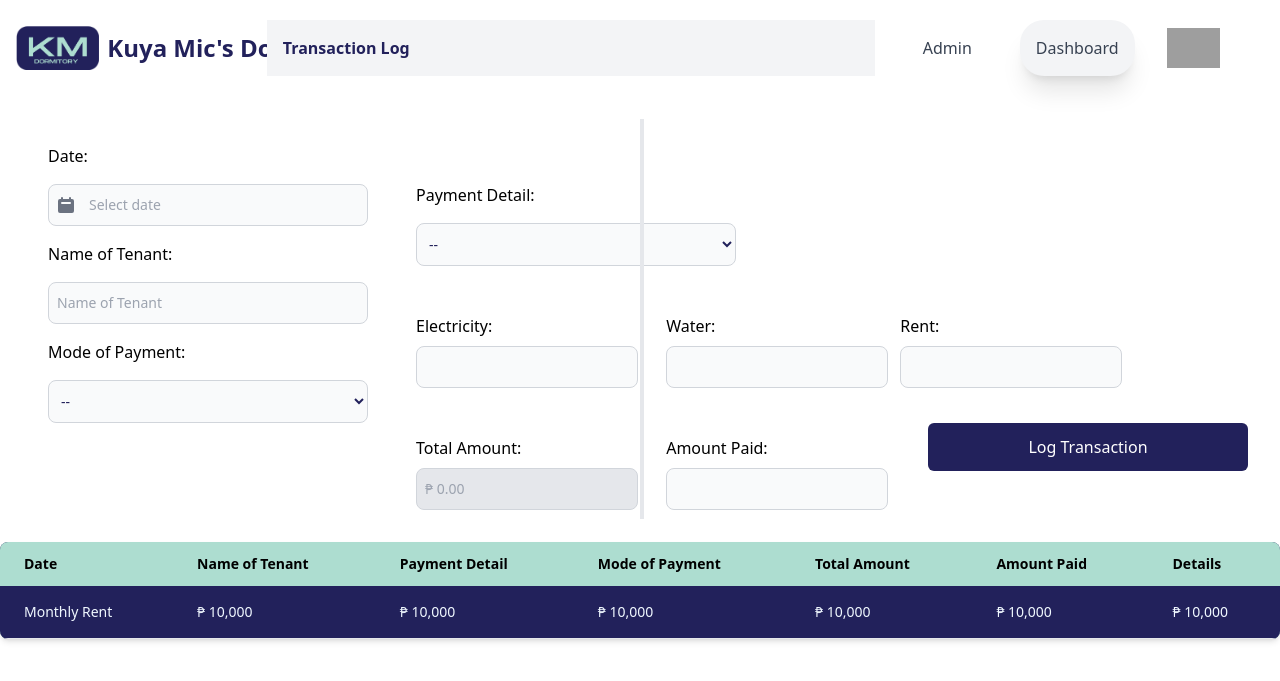
Repository: theamgri/Dormitory-Management-System
Page: paymentactivity.html
The author's editor kept a copy of each file at every save. The page is drawn from the files as they stood at one save, then again after the next save.
The browser window is 1280 px wide. The pictures show the whole page.
Pictures or frames that could not be fetched are drawn as grey boxes. Some web libraries are served in a nearby version.

Above is the page before, as saved 2023-01-11 22:19:11.

After the next save:
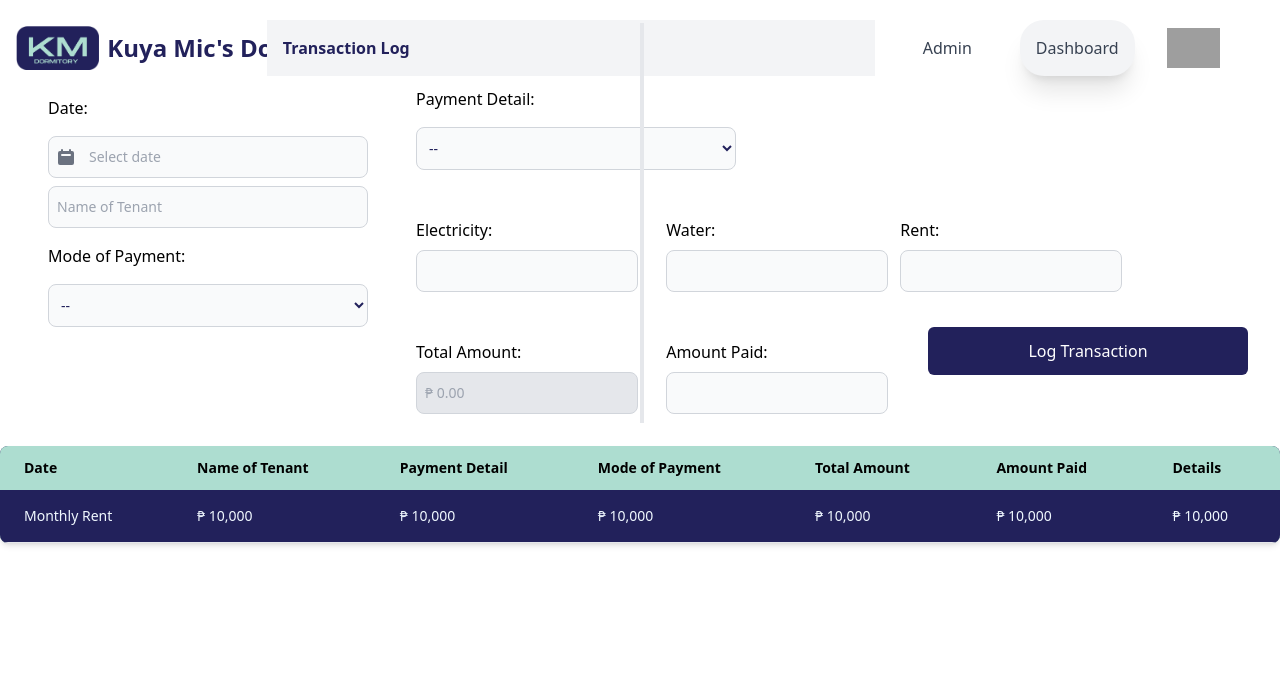
Saved 27 s later.
--- a/paymentactivity.html
+++ b/paymentactivity.html
@@ -43,7 +43,7 @@
 </head>
 <body>
 
-  <div class="relative" style="margin: 3rem; margin-left: 3rem;">
+  <div class="relative" style="margin: 0rem; margin-left: 3rem;">
     <h3 style="margin-bottom: 1rem;">Date:</h3>
     <div class="absolute inset-y-0 left-0 items-center pl-2 pointer-events-none" style="padding-top: 3.2rem;">
 

After the save that followed:
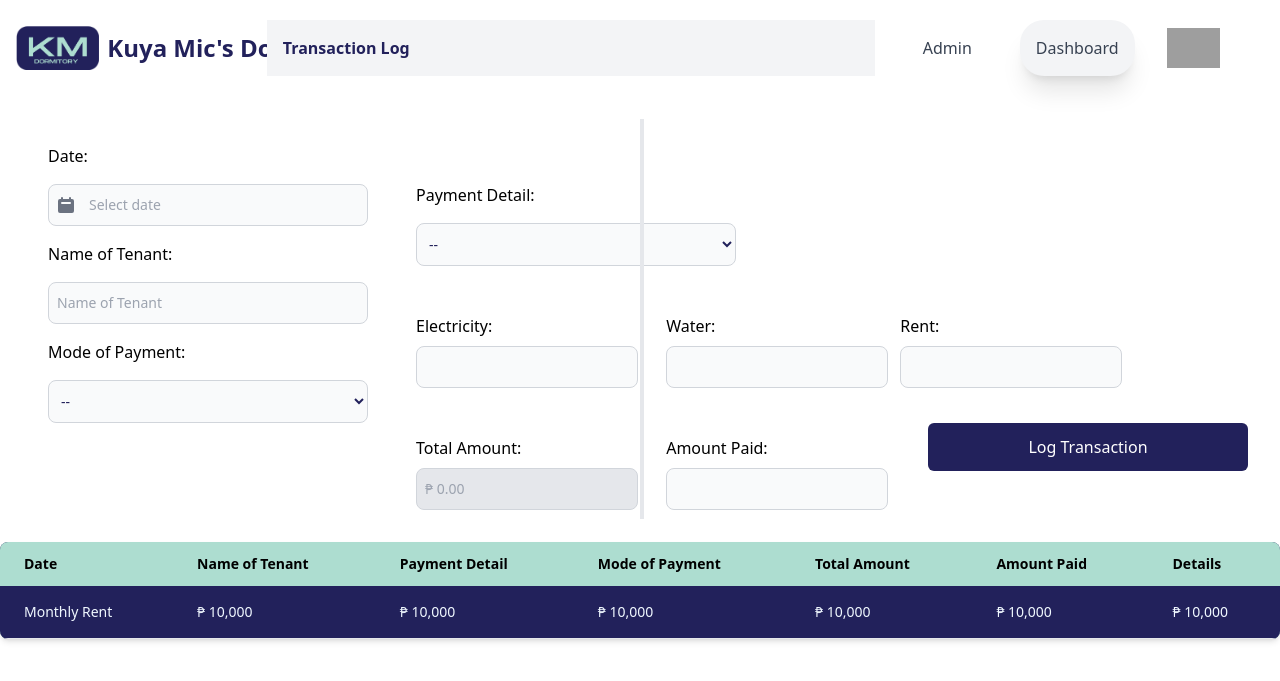
Saved 6 s later.
--- a/paymentactivity.html
+++ b/paymentactivity.html
@@ -43,7 +43,7 @@
 </head>
 <body>
 
-  <div class="relative" style="margin: 0rem; margin-left: 3rem;">
+  <div class="relative" style="margin: 3rem; margin-left: 3rem;">
     <h3 style="margin-bottom: 1rem;">Date:</h3>
     <div class="absolute inset-y-0 left-0 items-center pl-2 pointer-events-none" style="padding-top: 3.2rem;">
 
